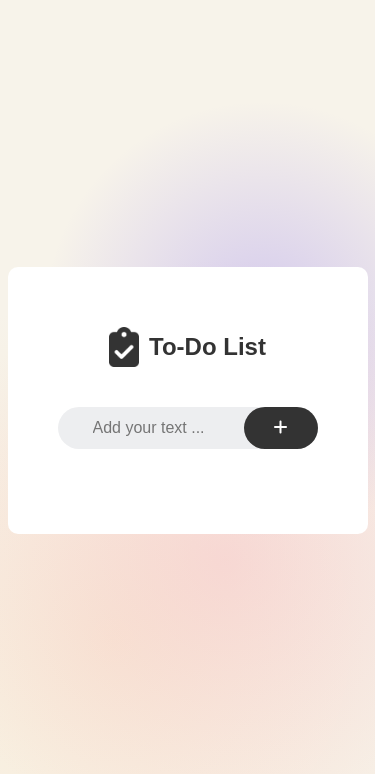
Repository: maltika/To-do_list
Page: index.html
The author's editor kept a copy of each file at every save. The page is drawn from the files as they stood at one save, then again after the next save.
The browser window is 375 px wide. The pictures show the whole page.

Above is the page before, as saved 2025-05-20 15:20:40.

### index.html
<!DOCTYPE html>
<html lang="en">
  <head>
    <meta charset="UTF-8" />
    <meta name="viewport" content="width=device-width, initial-scale=1.0" />
    <title>To-do List</title>
    <link rel="stylesheet" href="style.css" />
    <link
      rel="stylesheet"
      href="https://cdnjs.cloudflare.com/ajax/libs/font-awesome/6.5.0/css/all.min.css"
    />
  </head>
  <body>
    <div class="content">
      <div class="todo-app">
        <h2>
          <img src="img/Clipboard.png" />
          To-Do List
        </h2>
        <div class="row">
          <input type="text" id="input-box" placeholder="Add your text ..." />
          <button onclick="addTask()"><i class="fa-solid fa-plus"></i></button>
        </div>
        <ul id="list-container">
            <!-- <li class="checked"> Task 1 </li>
            <li> Task 2 </li>
            <li> Task 3 </li> -->
        </ul>
      </div>
    </div>
    <script src="script.js"></script>
  </body>
</html>

### style.css
body {
    margin: 0;
    padding: 0;
    min-height: 100vh;
    background-color: #f7f3ea;
    /* พื้นหลังหลัก */

    background-image:
        radial-gradient(circle at 70% 40%, rgba(128, 104, 243, 0.3), transparent 40%),
        radial-gradient(circle at 60% 70%, rgba(244, 148, 177, 0.25), transparent 50%),
        radial-gradient(circle at 30% 80%, rgba(255, 204, 140, 0.2), transparent 50%);

    background-repeat: no-repeat;
    background-size: cover;
    font-family: sans-serif;
}

.content {
    display: flex;
    justify-content: center;
    align-items: center;
    height: 100vh;
    /* text-align: center; */
    color: #333;
}

* {
    margin: 0;
    padding: 0;
    font-family: 'Poppins', sans-serif;
    box-sizing: border-box;
}

.todo-app {
    width: 100%;
    max-width: 460px;
    background-color: #fff;
    margin: 100px auto;
    padding: 40px 30px 70px;
    border-radius: 10px;
    border-color: #A6A6A6;
}

.todo-app h2 {
    color: #333;
    display: flex;
    align-items: center;
    margin-top: 30px;
    margin-bottom: 40px;
    justify-content: center;
}

.todo-app h2 img {
    width: 30px;
    margin-right: 10px;
}

.row {
    display: flex;
    align-items: center;
    background: #edeef0;
    border-radius: 30px;
    padding-left: 25px;
    margin-bottom: 25px;
    margin-left: 30px;
    margin-right: 30px;
    gap: 10px;
}

input {
    flex: 1;
    border: none;
    outline: none;
    background: transparent;
    padding: 10px;
    font-size: 16px;
    min-width: 0;
}

button {
    border: none;
    outline: none;
    background: #333;
    color: #fff;
    padding: 12px 30px;
    font-size: 16px;
    cursor: pointer;
    border-radius: 40px;
    white-space: nowrap; /* ป้องกันปุ่มหดเมื่อแคบ */
}

ul li {
    list-style: none;
    font-size: 17px;
    padding: 12px 8px 12px 55px;
    margin-left: 30px;
    margin-right: 30px;
    user-select: none;
    cursor: pointer;
    position: relative;
}

ul li::before {
    content: '';
    position: absolute;
    height: 22px;
    width: 22px;
    border-radius: 50%;
    background-image: url(img/unchecked.png);
    background-size: cover;
    background-position: center;
    top: 11px;
    left: 10px;
}

ul li::after {
    content: '';
    position: absolute;
    left: 8px;
    bottom: -2px;
    width: 100%;
    max-width: 330px;
    height: 1px;

    /* ความหนาของเส้น */
    background-color: #A6A6A6;
    /* สีของเส้น */
    margin-top: 110px;
}

ul li.checked {
    color: #A6A6A6;
    font-style: italic;
    text-decoration: line-through;
}

ul li.checked::before {
    background-image: url(img/checked.png);

}

ul li span {
    position: absolute;
    right: 0;
    top: 5px;
    width: 40px;
    height: 40px;
    font-size: 22px;
    color: #A6A6A6;
    line-height: 40px;
    text-align: center;
    border-radius: 50px;
}

ul li span:hover{
    background-color: #dcdbdb;
}

@media (max-width: 600px) {
  .todo-app {
    margin: 50px 20px; /* เว้นขอบซ้าย-ขวา 20px */
    padding: 30px 20px 60px;
    width: auto;
    max-width: 360px;
    box-sizing: border-box;
  }
}

### script.js
const inputBox = document.getElementById("input-box")
const listContainer = document.getElementById("list-container")

function addTask() {
    if (inputBox.value === '') {
        alert("You must write something!");
    }
    else {
        let li = document.createElement("li");
        li.innerHTML = inputBox.value;
        listContainer.appendChild(li);
        let span = document.createElement("span");
        span.innerHTML = "\u00d7";
        li.appendChild(span)
    }
    inputBox.value = "";
    saveData();
}

listContainer.addEventListener("click", function (e) {
    if(e.target.tagName === "LI") {
        e.target.classList.toggle("checked");
        saveData();
    }
    else if(e.target.tagName === "SPAN") {
        e.target.parentElement.remove();
        saveData();
    }
}, false);

function saveData(){
    localStorage.setItem("data" , listContainer.innerHTML);
}

function showTask(){
    listContainer.innerHTML = localStorage.getItem("data");
}
showTask();

After the next save:
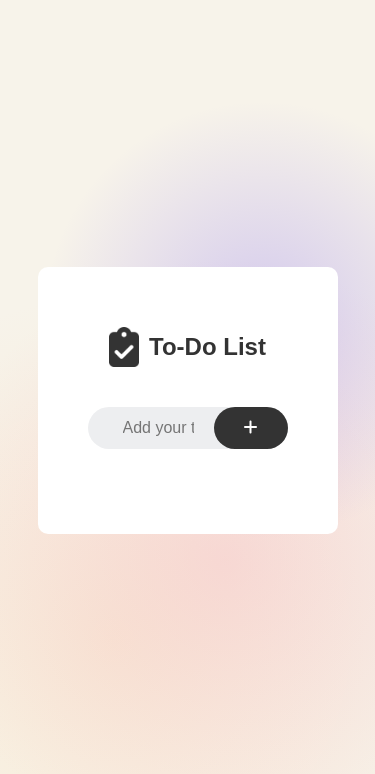
Saved 4 min 7 s later.
--- a/style.css
+++ b/style.css
@@ -161,7 +161,7 @@ ul li span:hover{
     margin: 50px 20px; /* เว้นขอบซ้าย-ขวา 20px */
     padding: 30px 20px 60px;
     width: auto;
-    max-width: 360px;
+    max-width: 300px;
     box-sizing: border-box;
   }
 }
